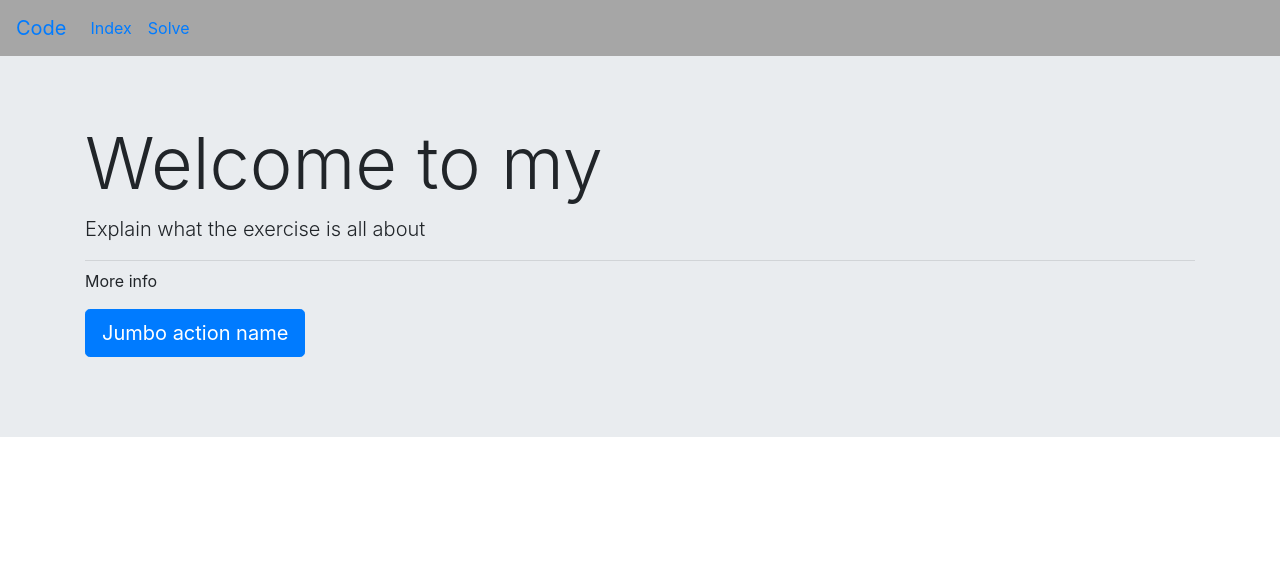
Repository: zhadjah9559/TacocatGrammar
Page: code.html
The author's editor kept a copy of each file at every save. The page is drawn from the files as they stood at one save, then again after a run of saves.
The browser window is 1280 px wide. The pictures show the whole page.

Above is the page before, as saved 2021-01-11 23:32:25.

After the next 2 saves:
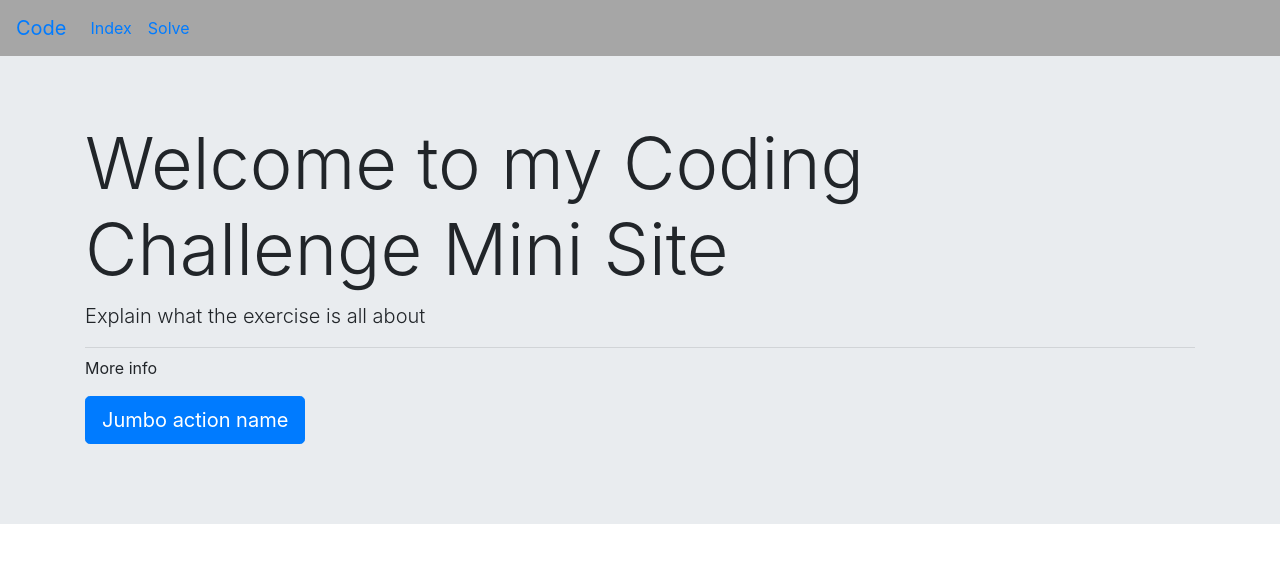
The 2 saves are shown as one change because they came seconds apart.
The last was saved 8 s later.
--- a/code.html
+++ b/code.html
@@ -31,7 +31,7 @@
 
     <div class="jumbotron jumbotron-fluid">
         <div class="container">
-            <h1 class="display-3">Welcome to my </h1>
+            <h1 class="display-3">Welcome to my Coding Challenge Mini Site</h1>
             <p class="lead">Explain what the exercise is all about</p>
             <hr class="my-2">
             <p>More info</p>
